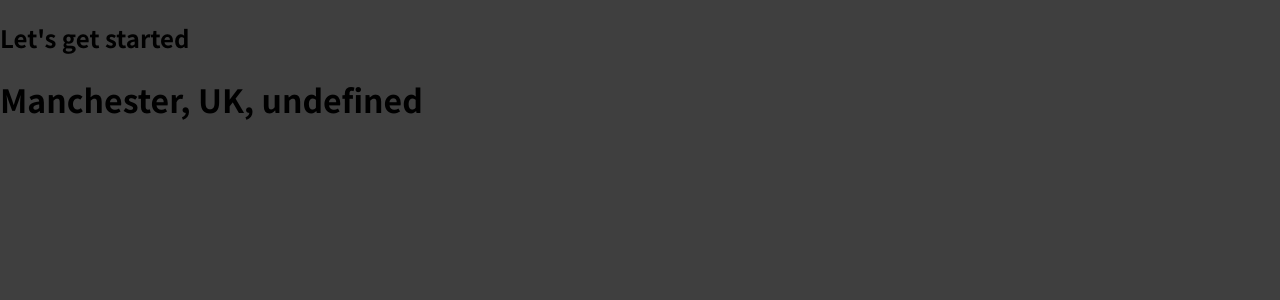
Repository: runner855/expense-tracker
Page: /
An editor plug-in stored every save of this project. The page is shown before and after the next save, followed by the edit.
The browser window is 1280 px wide. The pictures show the whole page.
The project was rebuilt for these pictures with package versions that can differ from the ones it lists, and the page was loaded fresh each time. Also part of the build but not shown: src/styles/ExpenseItem.css.

Above is the page before, as saved 2022-09-02 12:53:13.

After the next save:
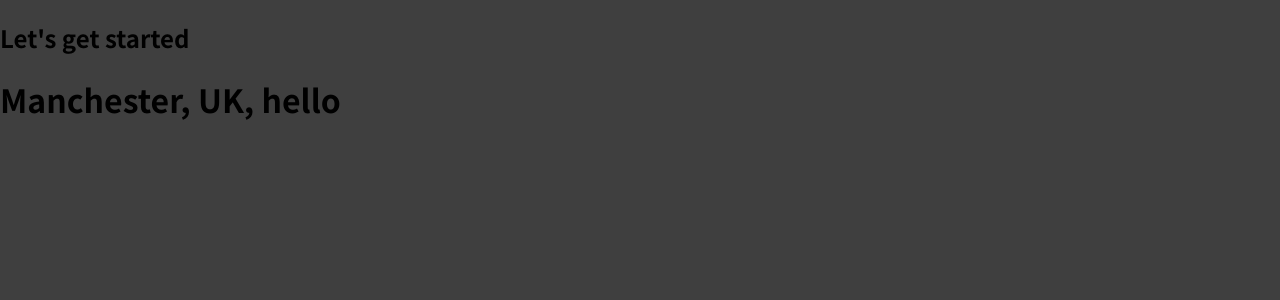
Saved 25 s later.
--- a/src/components/App.js
+++ b/src/components/App.js
@@ -11,7 +11,7 @@
   return (
     <div className="App">
       <h2>Let's get started</h2>
-      <ExpenseItem city={props.location.city} country={props.location.country} />
+      <ExpenseItem city={props.location.city} country={props.location.country} title={'hello'} />
 
 
 

After the save that followed:
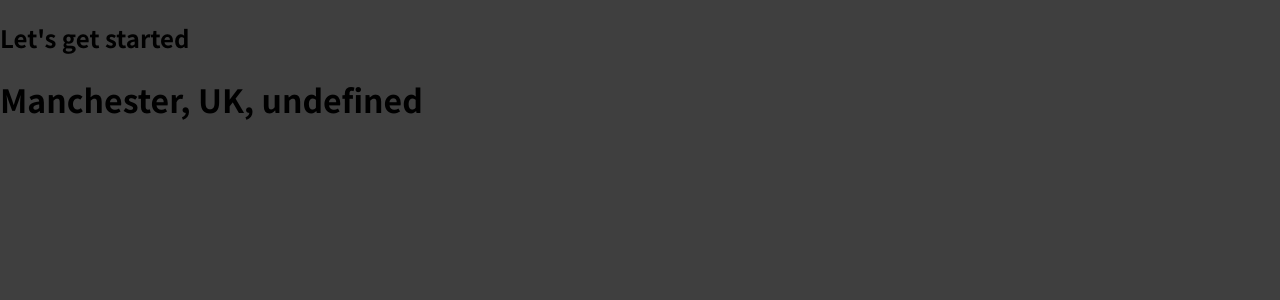
Saved 17 s later.
--- a/src/components/App.js
+++ b/src/components/App.js
@@ -11,7 +11,7 @@
   return (
     <div className="App">
       <h2>Let's get started</h2>
-      <ExpenseItem city={props.location.city} country={props.location.country} title={'hello'} />
+      <ExpenseItem city={props.location.city} country={props.location.country} title={props.expenses} />
 
 
 
